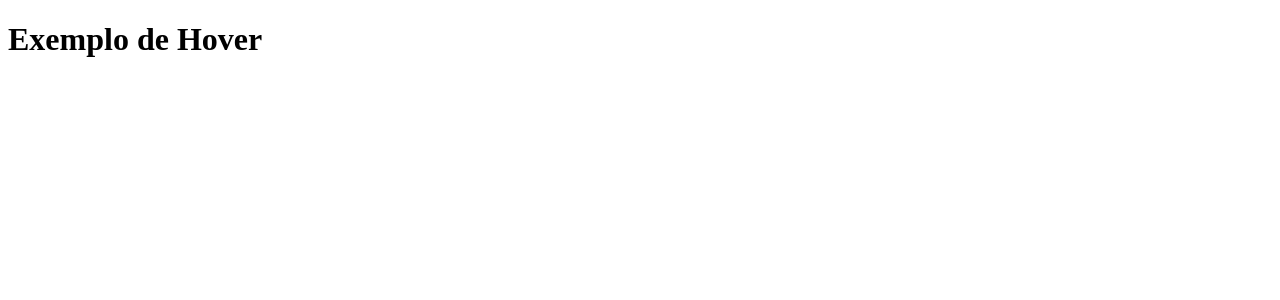
Repository: GabrielTrevisanMargrander/Html-Css
Page: Exercicios/ex020/hover.html
An editor plug-in stored every save of this project. The page is shown before and after a run of saves, followed by the edit.
The browser window is 1280 px wide. The pictures show the whole page.

Above is the page before, as saved 2023-06-20 20:46:22.

After the next 3 saves:
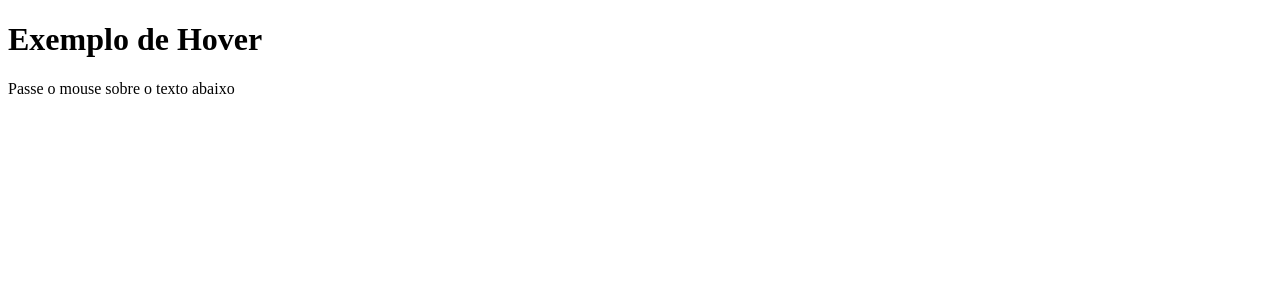
The 3 saves are shown as one change because they came seconds apart.
The last was saved 15 s later.
--- a/Exercicios/ex020/hover.html
+++ b/Exercicios/ex020/hover.html
@@ -12,7 +12,8 @@
 <body>
 
     <h1>Exemplo de Hover</h1>
-
+    <p>Passe o mouse sobre o texto abaixo</p>
+    <div></div>
 
 </body>
 </html>
